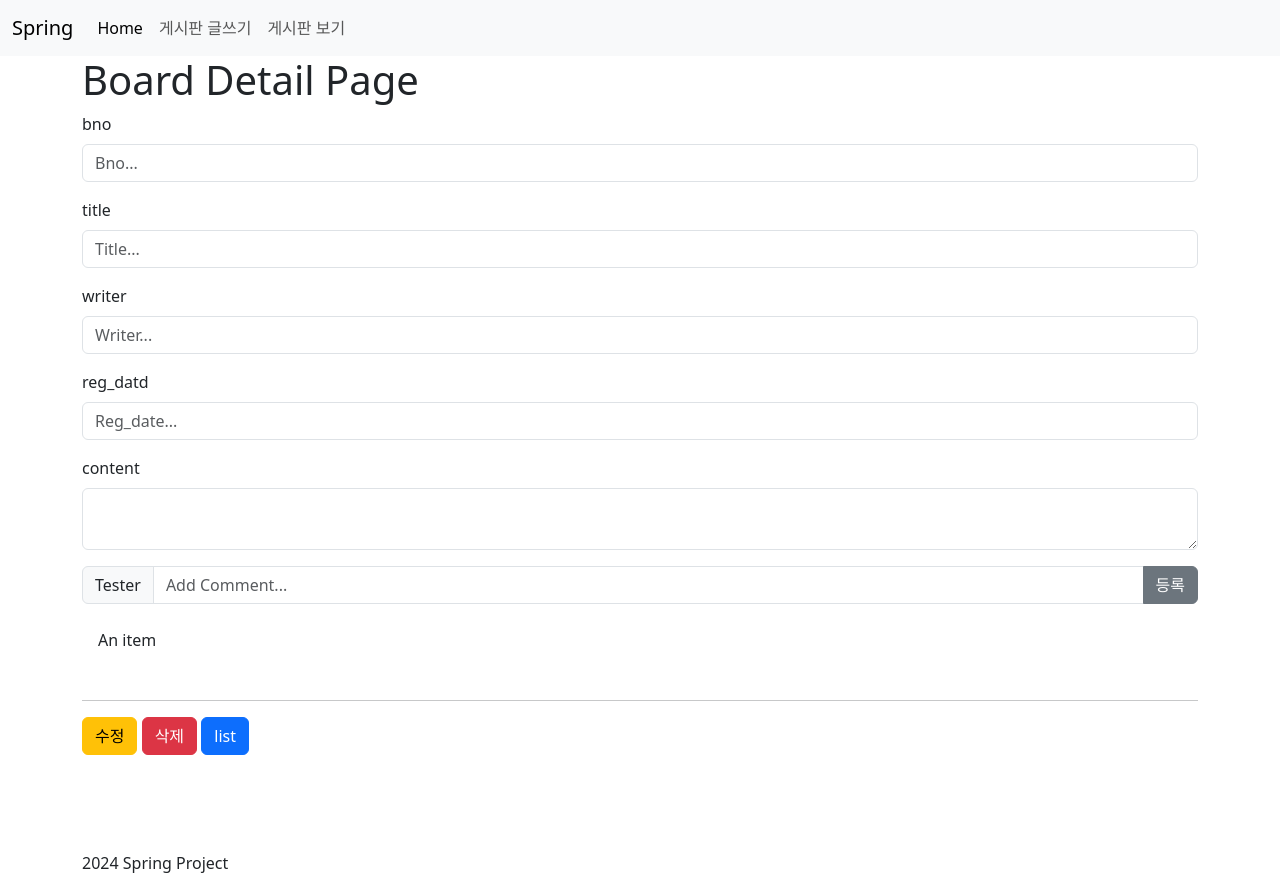
Repository: havanara/240423_SPRING_Project
Page: http://localhost/spring_test2/WEB-INF/views/board/detail.jsp
These files come from the project's save history. The page is drawn as it stood at one moment and after the next save; the edit follows.
The browser window is 1280 px wide. The pictures show the whole page.
The page is served by Tomcat 9. Nobody is signed in. The template is opened directly, without the code that normally fills it, so the values that code supplies are empty.

Above is the page before, as saved 2024-05-02 03:16:22.

After the next save:
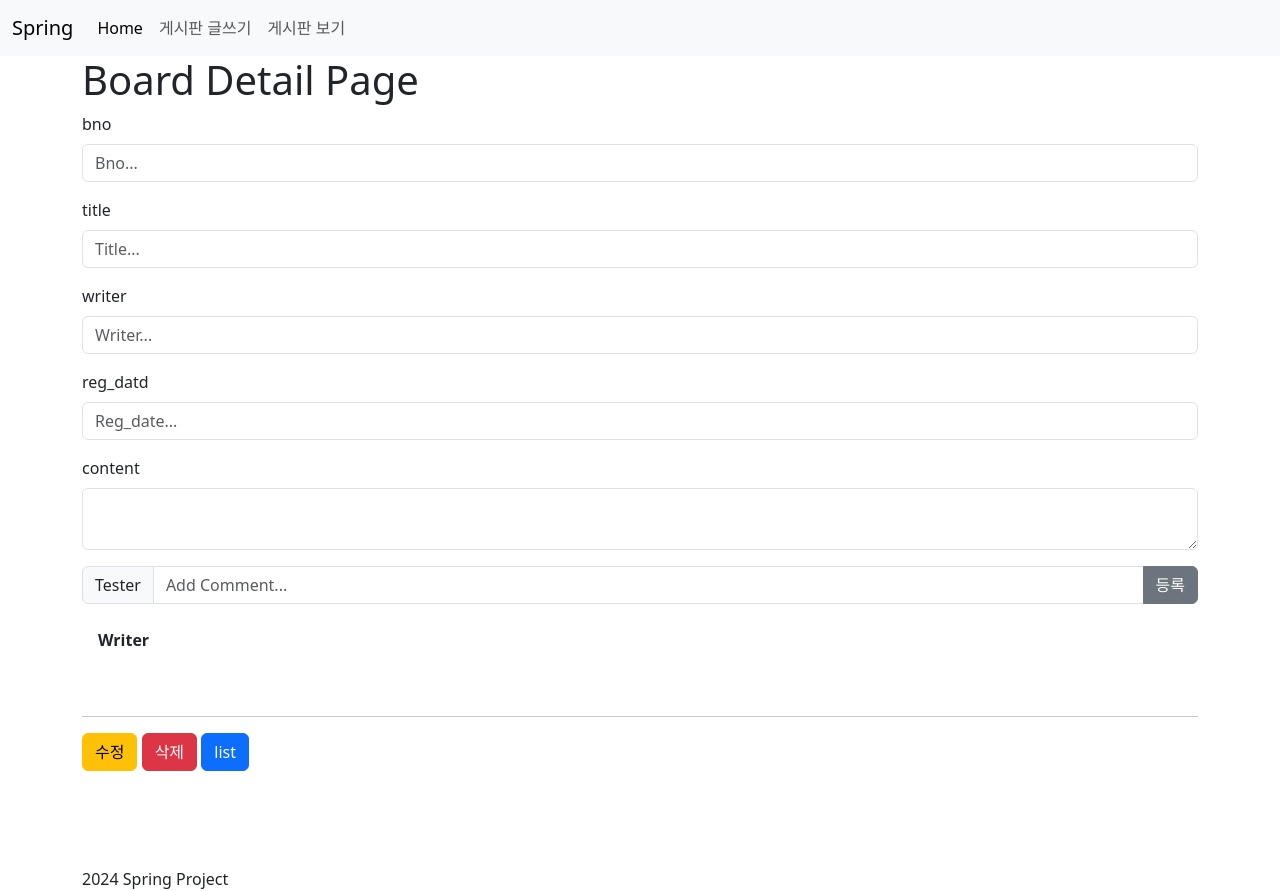
Saved 111 s later.
--- a/spring_test2/src/main/webapp/WEB-INF/views/board/detail.jsp
+++ b/spring_test2/src/main/webapp/WEB-INF/views/board/detail.jsp
@@ -72,8 +72,12 @@
 	</div>
 
 	<!-- 댓글 출력 라인 -->
-	<ul class="list-group list-group-flush">
-  		<li class="list-group-item">An item</li>
+	<ul class="list-group list-group-flush" id="cmtListArea">
+  		<li class="list-group-item">
+  			 <div class="input-group mb-3">
+  			 	<div class="fw-bold">Writer</div>
+  			 </div>
+  		</li>
 	</ul>
 
 
